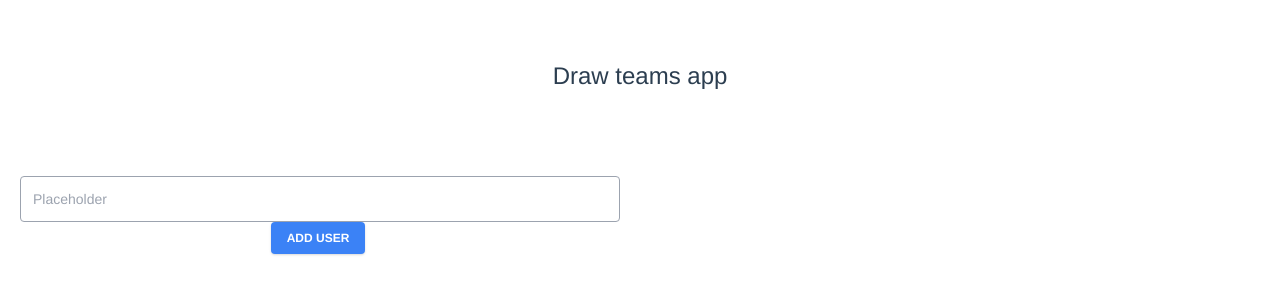
Repository: AlekJanevski/draw-teams-app
Page: /
These files come from the project's save history. The page is drawn as it stood at one moment and after the next save; the edit follows.
The browser window is 1280 px wide. The pictures show the whole page.
The project was rebuilt for these pictures with package versions that can differ from the ones it lists, and the page was loaded fresh each time.

Above is the page before, as saved 2021-03-18 20:21:33.

### src/components/HelloWorld.vue
<template>
  <div>
    <h1 class="mb-16 text-2xl">Draw teams app</h1>

    <!-- Add user wrapper starts -->
    <div class="w-1/2 p-5 mb-3">
      <!-- Add user input starts -->
      <input type="text" placeholder="Placeholder" class="relative w-full px-3 py-3 text-sm text-gray-700 placeholder-gray-400 bg-white border border-gray-400 rounded outline-none focus:outline-none focus:shadow-outline"/>
      <!-- Add user input ends -->

      <!-- Add user button starts -->
      <button class="px-4 py-2 mb-1 mr-1 text-xs font-bold text-white uppercase bg-blue-500 rounded shadow outline-none active:bg-blue-600 hover:shadow-md focus:outline-none" type="button" style="transition: all .15s ease">
        Add user
      </button>
      <!-- Add button ends -->
    </div>
    <!-- Add user wrapper ends -->
  </div>
</template>

<script>
export default {
  name: 'HelloWorld',
  props: {
    msg: String
  }
}
</script>

<!-- Add "scoped" attribute to limit CSS to this component only -->
<style scoped>
h3 {
  margin: 40px 0 0;
}
ul {
  list-style-type: none;
  padding: 0;
}
li {
  display: inline-block;
  margin: 0 10px;
}
a {
  color: #42b983;
}
</style>

Loaded but not shown: public/index.html (common file); src/main.js (common file); src/App.vue (common file); src/index.css (common file); tailwind.config.js (common file)

After the next save:
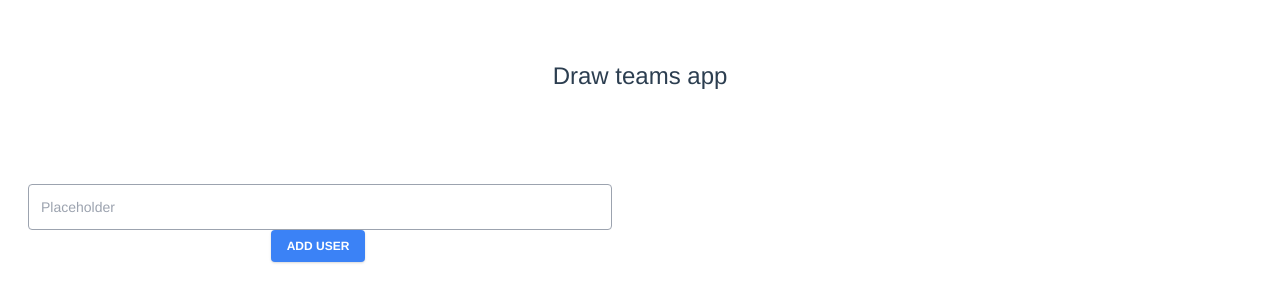
Saved 6 s later.
--- a/src/components/HelloWorld.vue
+++ b/src/components/HelloWorld.vue
@@ -3,7 +3,7 @@
     <h1 class="mb-16 text-2xl">Draw teams app</h1>
 
     <!-- Add user wrapper starts -->
-    <div class="w-1/2 p-5 mb-3">
+    <div class="w-1/2 mb-3 p-7">
       <!-- Add user input starts -->
       <input type="text" placeholder="Placeholder" class="relative w-full px-3 py-3 text-sm text-gray-700 placeholder-gray-400 bg-white border border-gray-400 rounded outline-none focus:outline-none focus:shadow-outline"/>
       <!-- Add user input ends -->
